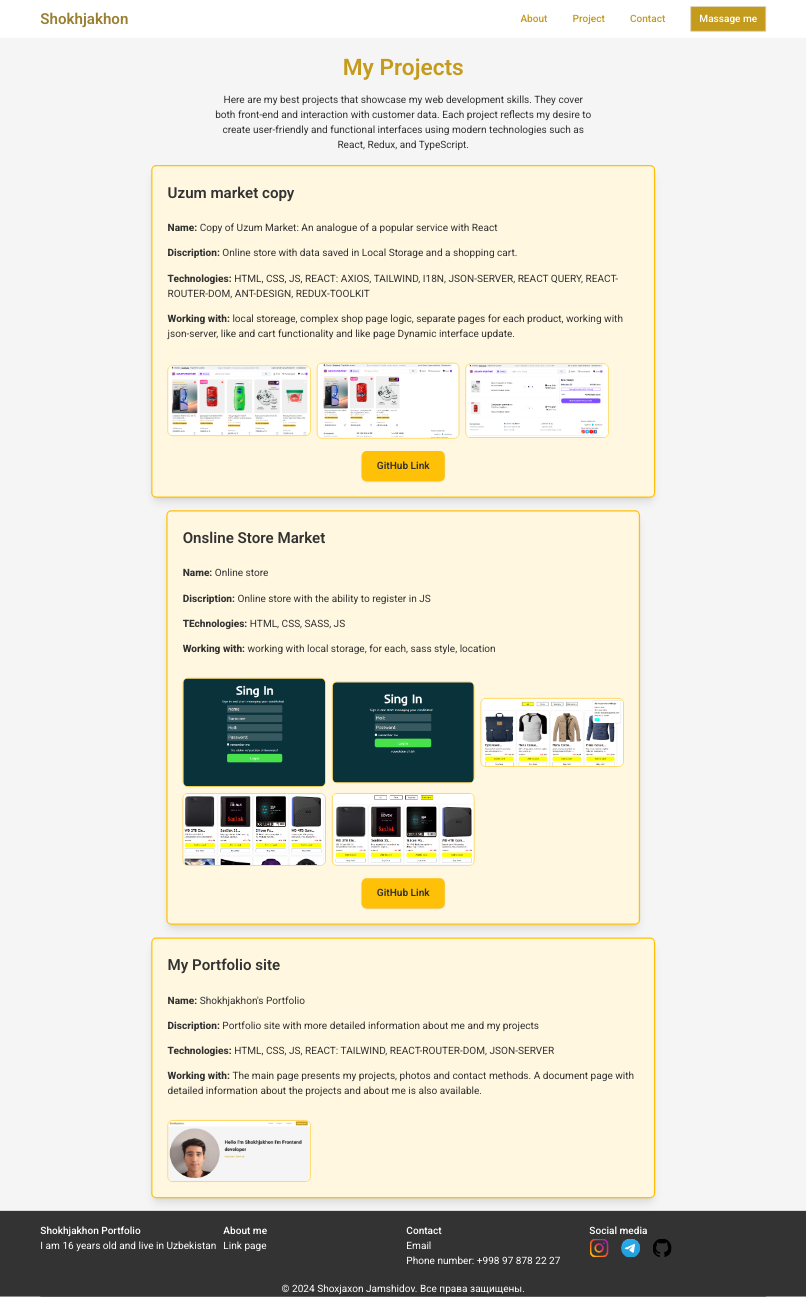
Repository: usershoh/My-Portfolio
Page: /project
These files come from the project's save history. The page is drawn as it stood at one moment and after a run of saves; the edit follows.
The browser window is 1280 px wide. The pictures show the whole page, at 63% of full size.
The project was rebuilt for these pictures with package versions that can differ from the ones it lists, and the page was loaded fresh each time. Also part of the build but not shown: vite.config.js, src/pages/blog/index.jsx, src/components/contact/title/index.jsx, src/components/contact/details/index.jsx, src/components/contact/location/index.jsx, src/components/contact/cta/index.jsx, src/pages/contact/index.jsx, src/components/home/hero/index.jsx and 11 more.

Above is the page before, as saved 2024-12-09 14:01:17.

After the next 5 saves:
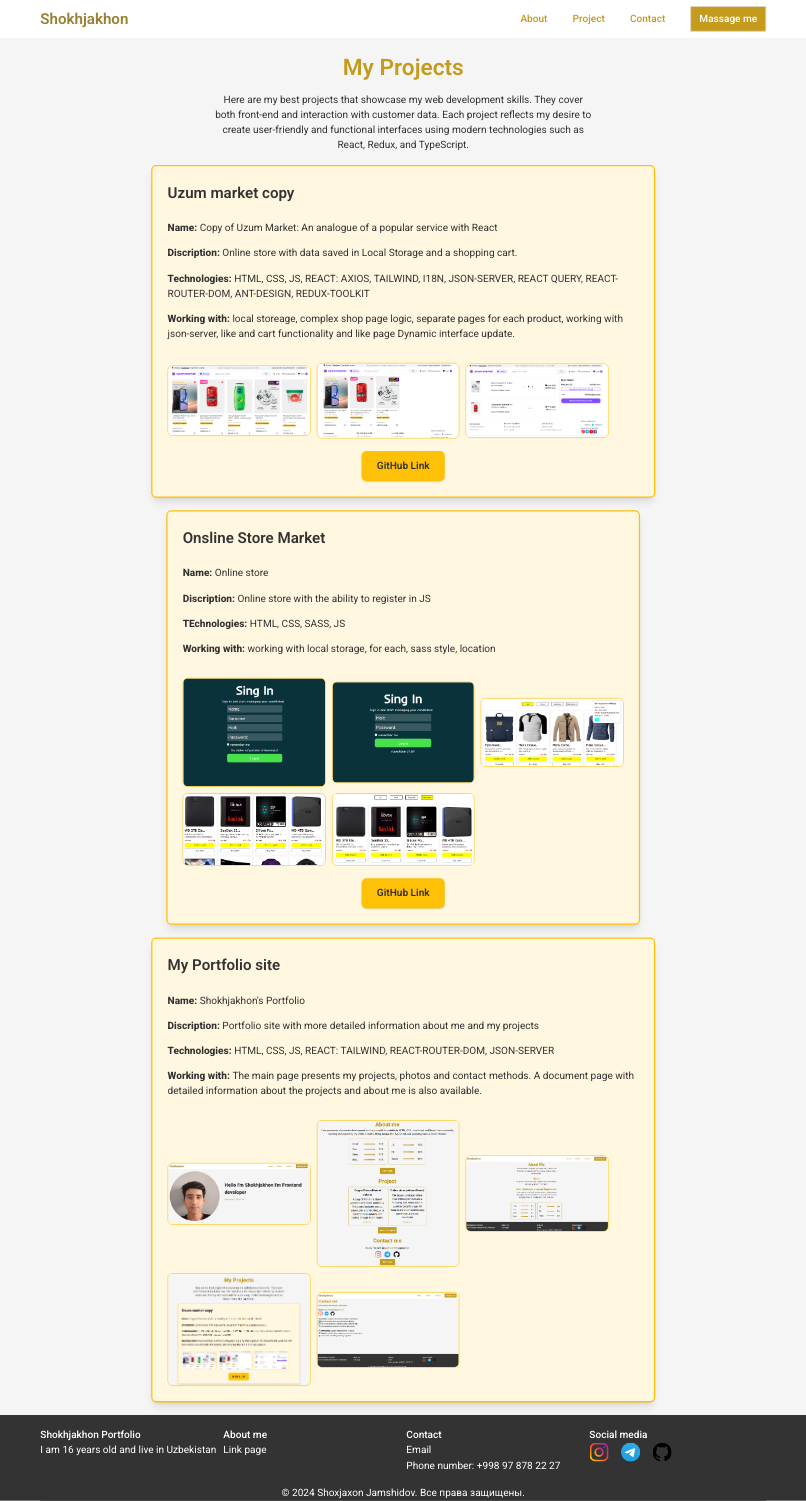
The 5 saves are shown as one change because they came seconds apart.
The last was saved 17 s later.
--- a/src/components/project/portfolio/index.jsx
+++ b/src/components/project/portfolio/index.jsx
@@ -34,6 +34,18 @@
         <div className="border border-[#FFC107] rounded-lg overflow-hidden">
           <img src={portfolioImg1} alt="" />
         </div>
+        <div className="border border-[#FFC107] rounded-lg overflow-hidden">
+          <img src={portfolioImg2} alt="" />
+        </div>
+        <div className="border border-[#FFC107] rounded-lg overflow-hidden">
+          <img src={portfolioImg3} alt="" />
+        </div>
+        <div className="border border-[#FFC107] rounded-lg overflow-hidden">
+          <img src={portfolioImg4} alt="" />
+        </div>
+        <div className="border border-[#FFC107] rounded-lg overflow-hidden">
+          <img src={portfolioImg5} alt="" />
+        </div>
       </div>
     </div>
   );
